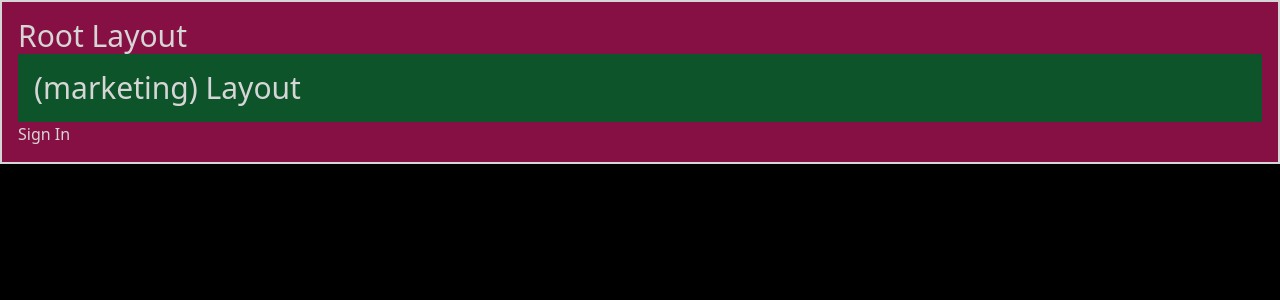
Repository: eyassud/notenow
Page: /signin
An editor plug-in stored every save of this project. The page is shown before and after the next save, followed by the edit.
The browser window is 1280 px wide. The pictures show the whole page.
The project was rebuilt for these pictures with package versions that can differ from the ones it lists, and the page was loaded fresh each time. The framework's server and built-in components were replaced by stand-ins that run in the browser. Also part of the build but not shown: svelte.config.js, vite.config.ts.

Above is the page before, as saved 2025-12-12 12:29:06.

### src/routes/+layout.svelte
<script lang="ts">
	import './layout.css';
	import favicon from '$lib/assets/favicon.svg';

	let { children } = $props();
</script>

<svelte:head>
	<link rel="icon" href={favicon} />
</svelte:head>

<div class="border-2 bg-pink-900 p-4">
	<h1 class="text-3xl">Root Layout</h1>

	{@render children()}
</div>

### src/routes/(auth)/+layout.svelte
<script lang="ts">
	import type { LayoutProps } from './$types';

	let { data, children }: LayoutProps = $props();
</script>

<div class="bg-green-900 p-4">
	<h1 class="text-3xl">(marketing) Layout</h1>
</div>
{@render children()}

### src/routes/(auth)/signin/+page.svelte
<script lang="ts">
	import type { PageProps } from './$types';

	let { data }: PageProps = $props();
</script>

<h1>Sign In</h1>

### src/routes/layout.css
@import 'tailwindcss';
@plugin '@tailwindcss/forms';
@plugin '@tailwindcss/typography';
@plugin 'daisyui';

@plugin 'daisyui' {
	themes:
		light --preferswhite,
		black --default;
}

Loaded but not shown: src/app.html (common file)

After the next save:
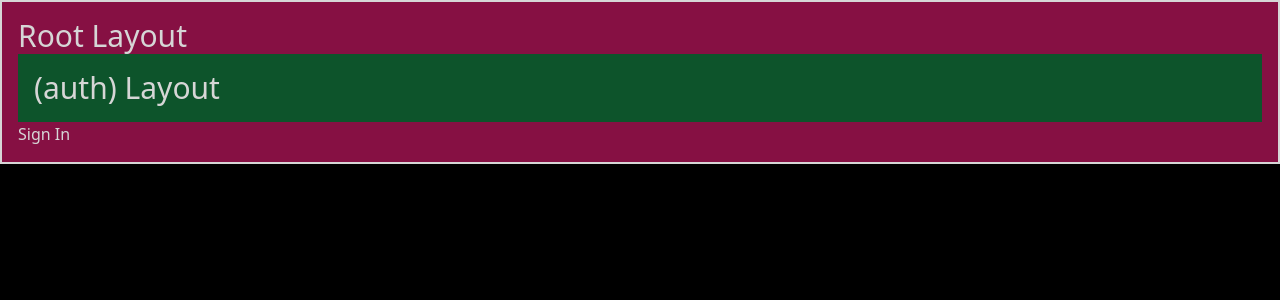
Saved 4 s later.
--- a/src/routes/(auth)/+layout.svelte
+++ b/src/routes/(auth)/+layout.svelte
@@ -5,6 +5,6 @@
 </script>
 
 <div class="bg-green-900 p-4">
-	<h1 class="text-3xl">(marketing) Layout</h1>
+	<h1 class="text-3xl">(auth) Layout</h1>
 </div>
 {@render children()}
